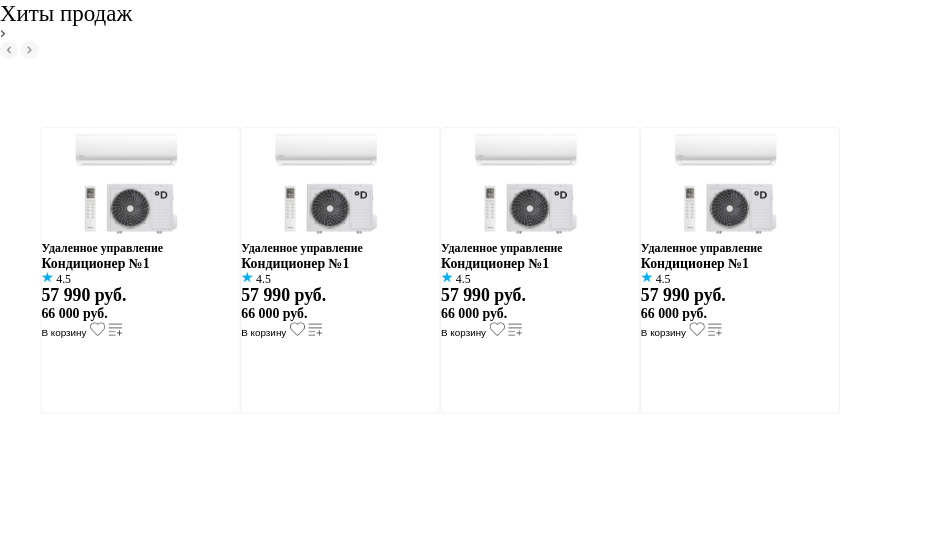
Repository: NikaMana/us
Page: index.html
An editor plug-in stored every save of this project. The page is shown before and after the next save, followed by the edit.
The browser window is 1280 px wide. The pictures show the whole page, at 74% of full size.

Above is the page before, as saved 2021-09-15 15:22:45.

After the next save:
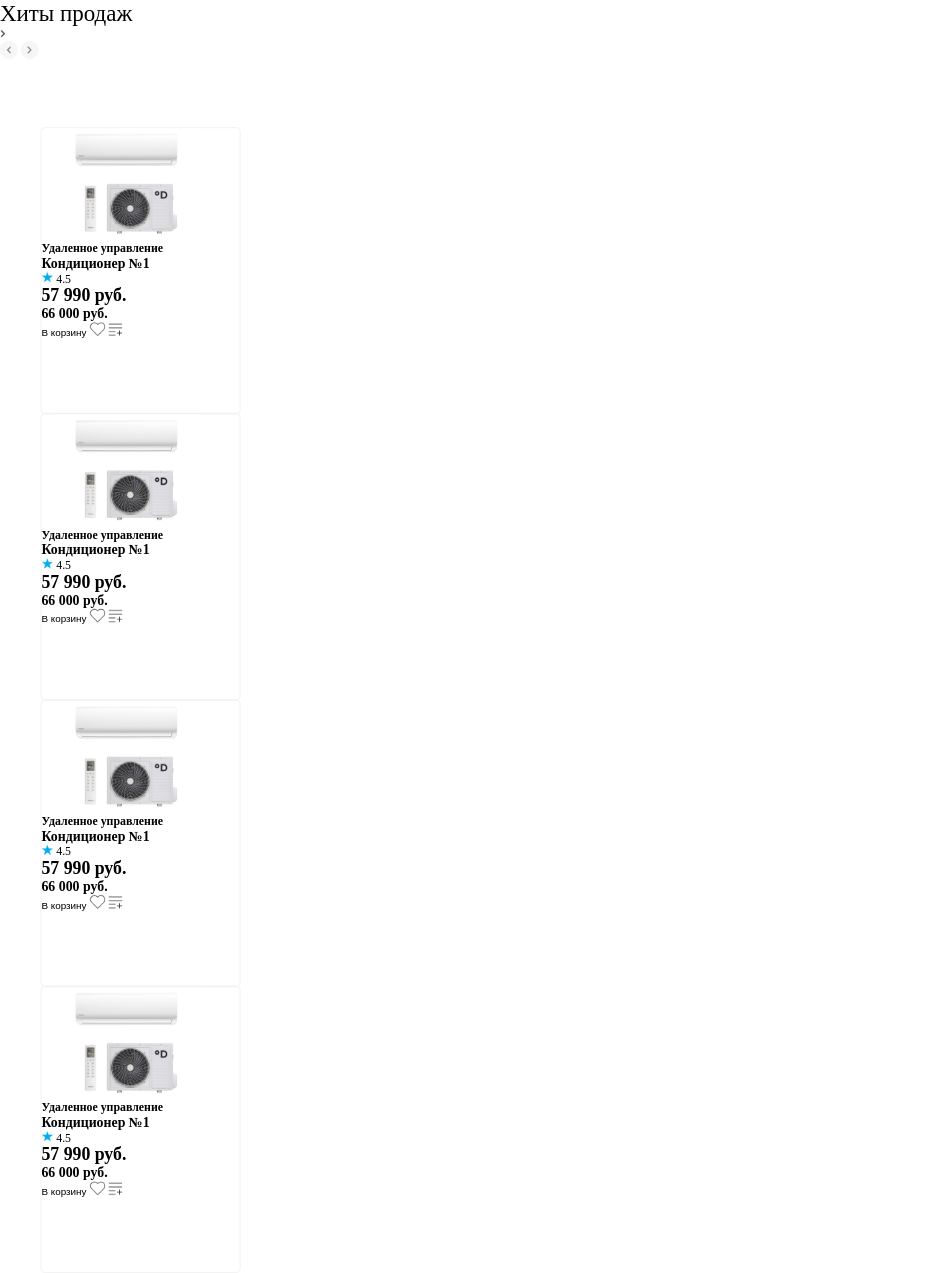
Saved 22 s later.
--- a/styles.css
+++ b/styles.css
@@ -29,7 +29,7 @@
 }
 .welcome__block-container{
   display: flex;
-  flex-wrap: wrap;
+  flex-direction: column;
 }
 .welcome__block{
 height: 387px;

After the save that followed:
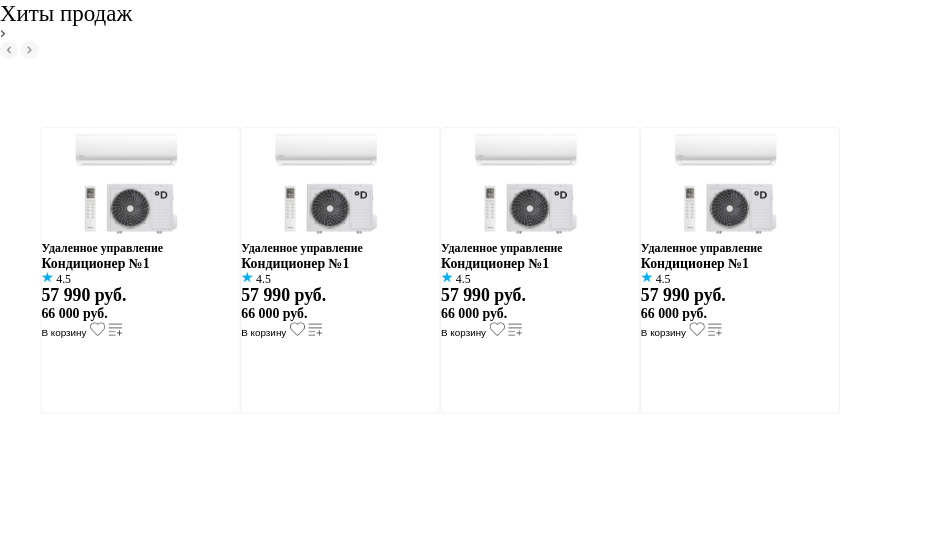
Saved 20 s later.
--- a/styles.css
+++ b/styles.css
@@ -29,7 +29,7 @@
 }
 .welcome__block-container{
   display: flex;
-  flex-direction: column;
+  flex-direction: row;
 }
 .welcome__block{
 height: 387px;
